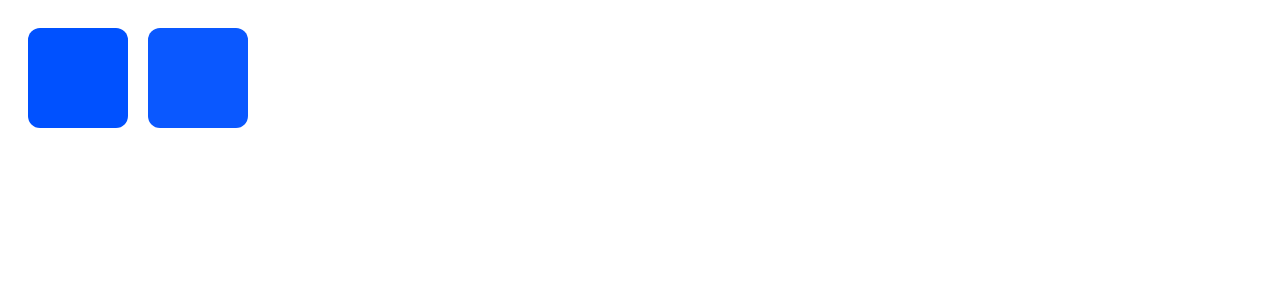
Repository: 16-Doffy/howtouse-htmlcss
Page: HSL_Color/index.html
An editor plug-in stored every save of this project. The page is shown before and after the next save, followed by the edit.
The browser window is 1280 px wide. The pictures show the whole page.

Above is the page before, as saved 2024-12-19 23:51:20.

After the next save:
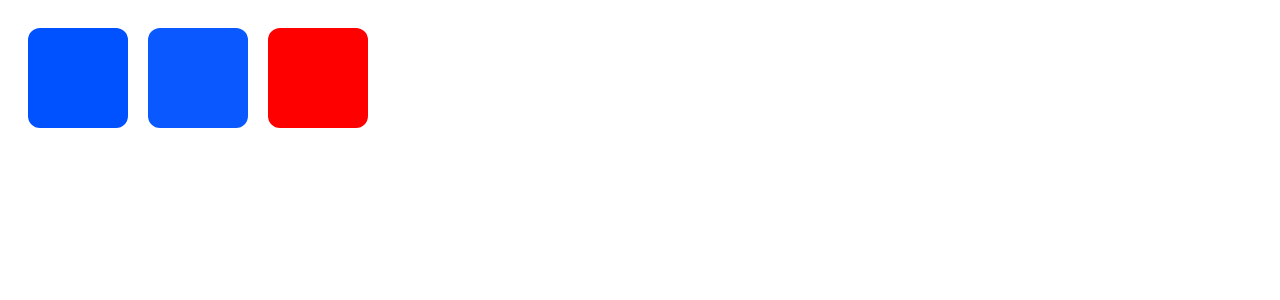
Saved 6 s later.
--- a/HSL_Color/index.html
+++ b/HSL_Color/index.html
@@ -10,7 +10,7 @@
     <div class="boxed-list">
         <div class="boxed-item boxed-primary"></div>
         <div class="boxed-item boxed-shade1"></div>
-        <div class="boxed-shade2"></div>
+        <div class="boxed-item boxed-shade2"></div>
     </div>
 </body>
 </html>
